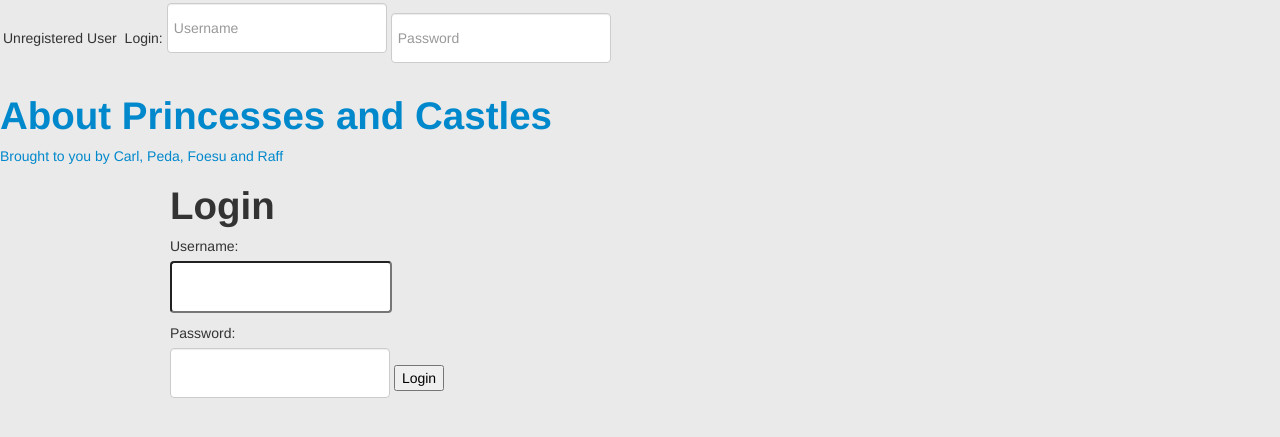
Repository: ese-unibe-ch/ese2014-team2
Page: http://localhost/Skeleton/pages/login.jsp
The author's editor kept a copy of each file at every save. The page is drawn from the files as they stood at one save, then again after the next save.
The browser window is 1280 px wide. The pictures show the whole page.
Some web libraries are served in a nearby version. The page is served by Tomcat 9. Nobody is signed in. The application's start-up code is not run. Other server files are loaded and not shown. The template is opened directly, without the code that normally fills it, so the values that code supplies are empty.

Above is the page before, as saved 2014-10-19 12:47:43.
Console error (its wording comes from the project's code and is left out).

### Skeleton/src/main/webapp/pages/login.jsp
<%@ page language="java" pageEncoding="UTF-8" contentType="text/html;charset=utf-8" %>
<%@ taglib prefix="c" uri="http://java.sun.com/jsp/jstl/core" %>
<%@ taglib prefix="form" uri="http://www.springframework.org/tags/form" %>
<%@ taglib prefix="spring" uri="http://www.springframework.org/tags" %>


<c:import url="template/header.jsp" />


<h1>Login</h1>

<c:if test="${!empty param.error}">
	<p>Incorrect login name or password. Please retry using correct
		login name and password.</p><br />
</c:if>

<form name ='loginForm' action="<c:url value='j_spring_security_check' />" method='POST'>
	<label for="field-username">Username:</label> <input name="j_username"
		id="field-username" /> <label for="field-password">Password:</label>
	<input name="j_password" id="field-password" type="password"/>
	<button type="submit">Login</button>
</form>
<br />

<c:import url="template/footer.jsp" />

### Skeleton/src/main/webapp/pages/template/header.jsp
<!DOCTYPE html>
<html lang="en">
<head>

    	<meta charset="utf-8">

    	<title>About Princesses and Castles</title>

    	<link rel="stylesheet" type="text/css" href="css/stylesheet.css" media="all"/>
    	<script type="text/javascript"  src="dn.com/bootstrap/3.2.0/js/bootstrap.min.js"></script>
    	<script type="text/javascript" src="http://code.jquery.com/jquery-2.1.1.min.js"></script>

    	<!-- HTML5 shim, for IE6-8 support of HTML5 elements -->
    	<!--[if lt IE 9]>
    	<script src="http://html5shim.googlecode.com/svn/trunk/html5.js"></script>
    	<![endif]-->
<!--   WASTE!
    	<style>
        	body {
         	   padding-top: 60px; /* 60px to make the container go all the way to the bottom of the topbar */
        	}
    	</style>
    -->
</head>
<body>

<div id="loginbar">
	<table>
		<tr>
			<td><p>Unregistered User</p>
			<td>
			<td><p>Login:</p>
			<td><form action="login.jsp" method="POST">
					<input type="text" path="username" id="field-username" tabindex="1" maxlength="35" placeholder="Username"/>
			<td>	<input type="password" path="password" id="field-username" tabindex="2" maxlength="35" placeholder="Password"/>
				</form>
	</table>




</div>
<a href="/">
<div id="header">
	<div id="header_wrapper">
		<title>About Princesses and Castles</title>
		<h1>About Princesses and Castles</h1>
    	<p>Brought to you by Carl, Peda, Foesu and Raff</p>
    </div>
</div>	<!--  END OF #header -->
</a>


<div id="container_background">
	<div class="container">

### Skeleton/src/main/webapp/pages/template/footer.jsp
	</div> <!-- END OF CONTAINER -->
</div> <!--  END OF CONTAINER_BACKGROUND -->
<div id="push"></div>
<div id="footer_wrapper">
	<div id="footer">
		<div id="socialmedia">
					<table>
						<tr>
							<td><a href="http://www.facebook.com" target="_blank"><div id="facebook"></div></a></td>
							<td><a href="http://www.twitter.com" target="_blank"><div id="twitter"></div></a></td>
							<td><a href="http://www.plus.google.com" target="_blank"><div id="gplus"></div></a></td>
							<td><a href="" target="_blank"><div id="rss"></div></a></td>
						</tr>
					</table>
			</div>
	</div>
</div>
</body>
</html>

Loaded but not shown: Skeleton/src/main/webapp/js/bootstrap.min.js (library); Skeleton/src/main/webapp/css/stylesheet.css (2278 lines, source omitted)

After the next save:
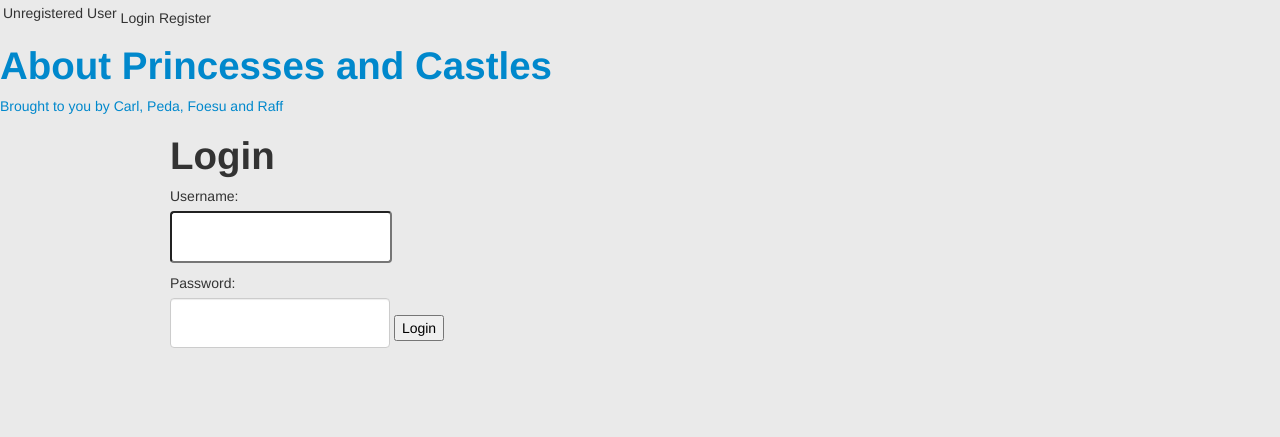
Saved 16 min 51 s later.
--- a/Skeleton/src/main/webapp/pages/template/header.jsp
+++ b/Skeleton/src/main/webapp/pages/template/header.jsp
@@ -27,13 +27,9 @@
 <div id="loginbar">
 	<table>
 		<tr>
-			<td><p>Unregistered User</p>
-			<td>
-			<td><p>Login:</p>
-			<td><form action="login.jsp" method="POST">
-					<input type="text" path="username" id="field-username" tabindex="1" maxlength="35" placeholder="Username"/>
-			<td>	<input type="password" path="password" id="field-username" tabindex="2" maxlength="35" placeholder="Password"/>
-				</form>
+			<td><p>Unregistered User</p></td>
+			<td>Login</td>
+			<td>Register</td>
 	</table>
 
 
